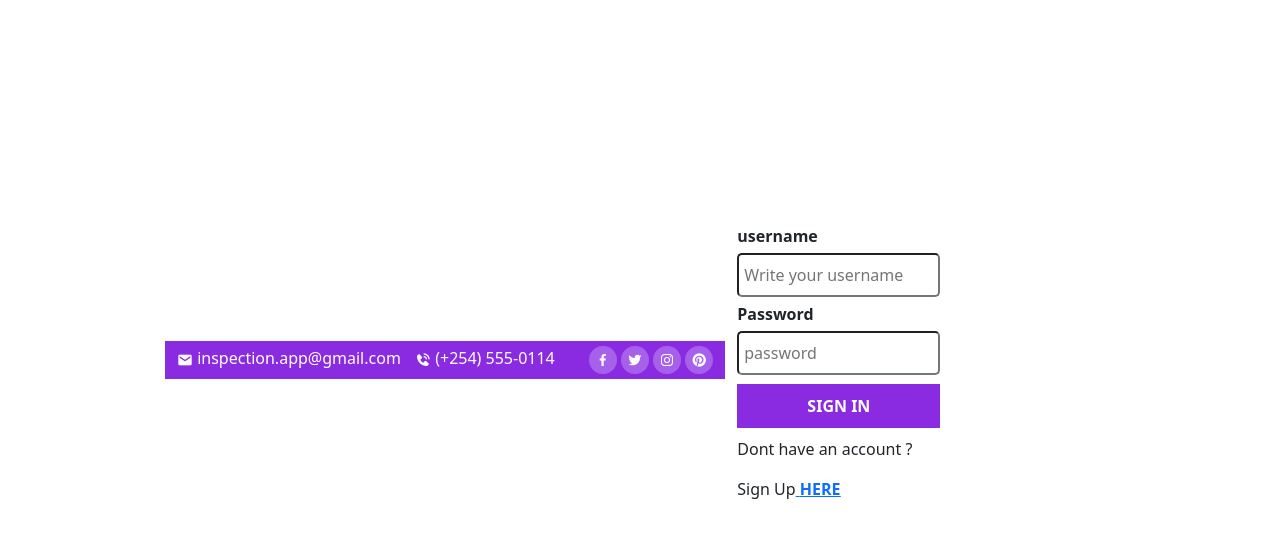
Repository: NDISHAW/Inspectionapp-rails
Page: public/signIn.html
An editor plug-in stored every save of this project. The page is shown before and after the next save, followed by the edit.
The browser window is 1280 px wide. The pictures show the whole page.

Above is the page before, as saved 2022-10-09 04:32:47.

### public/signIn.html
<!DOCTYPE html>
<html lang="en">
  <head>
    <meta charset="UTF-8" />
    <meta http-equiv="X-UA-Compatible" content="IE=edge" />
    <meta name="viewport" content="width=device-width, initial-scale=1.0" />
    <title>Sign In</title>
    <link rel="stylesheet" href="style.css" />
    <script src="https://unpkg.com/axios/dist/axios.min.js"></script>
    <link rel="stylesheet" href="css/style.css" />
    <link rel="stylesheet" href="css/bootstrap.min.css" />
    <link rel="stylesheet" href="css/owl.carousel.min.css" />
    <link rel="stylesheet" href="css/owl.theme.default.min.css" />
    <link
      href="https://unpkg.com/boxicons@2.1.1/css/boxicons.min.css"
      rel="stylesheet"
    />
  </head>
  <body data-bs-spy="scroll" data-bs-target=".top-nav" data-bs-offset="70">
    <!-- TOP NAV -->
    <div class="top-nav " id="home">
      <div class="container">
        <div class="row justify-content-between">
          <div class="col-auto">
            <p><i class="bx bxs-envelope"></i> inspection.app@gmail.com</p>
            <p><i class="bx bxs-phone-call"></i> (+254) 555-0114</p>
          </div>
          <div class="col-auto social-icons">
            <a href="#"><i class="bx bxl-facebook"></i></a>
            <a href="#"><i class="bx bxl-twitter"></i></a>
            <a href="#"><i class="bx bxl-instagram"></i></a>
            <a href="#"><i class="bx bxl-pinterest"></i></a>
          </div>
        </div>
      </div>
    </div>

    <section id="about">
      <div class="container-fluid">
        <div class="col-lg-10 justify-content-center">
          <div class="col-lg-8">
            <!-- Email  -->
            <div class="email">
              <label for="username">username</label>
              <input
                type="username"
                name="username"
                id="username"
                placeholder="Write your username"
              />
            </div>
            <!-- passWord -->
            <div class="pass">
              <label for="password">Password</label>
              <input
                type="password"
                name="password"
                id="password"
                placeholder="password"
              />
            </div>

            <!-- Sign Up button -->
            <button id="submit-btn" onclick="signIn();">Sign In</button>
            <!-- Sign In option -->
            <p>Dont have an account ?</p>
            <span
              >Sign Up<a href="signup.html">
                <u><b>HERE</b></u></a
              ></span
            >
          </div>
        </div>
      </div>
    </section>
    <script src="main.js"></script>
  </body>
</html>

### public/style.css
* {
    margin: 0;
    padding: 0;
    box-sizing: border-box;
}

body {
    display: flex;
    justify-content: center;
    align-items: center;
    height: 100vh;
    font-family: -apple-system, BlinkMacSystemFont, 'Segoe UI', Roboto, Oxygen, Ubuntu, Cantarell, 'Open Sans', 'Helvetica Neue', sans-serif;
    background-color: #9633FF;
}

.form {
    width: 400px;
    border-radius: 5px;
    background-color: white;
    /* height:fit-content;  */
    padding: 5px 10px;
}

label {
    display: block;
    font-weight: bolder;
    margin: 5px 0px;
}

input {
    width: 100%;
    padding: 8px 5px;
    border-radius: 5px;
    margin-bottom: 10px;
}

#submit-btn {
    border: none;
    background-color: blueviolet;
    width: 100%;
    padding: 10px 8px;
    color: white;
    font-weight: bolder;
    text-transform: uppercase;
    cursor: pointer;
    margin: 9px 0px;
}

p {
    font-size: 16px;
    border-radius: 10px;
    cursor: pointer;
    display: inline-block;
}

a {
    text-decoration: none;
    font-weight: bolder;
}


/*@import url(https://fonts.googleapis.com/css?family=Roboto:400,300,500);*/
*:focus {
    outline: none;

  }

### public/css/style.css
@import url('https://fonts.googleapis.com/css2?family=Barlow:wght@400;500;600;700&display=swap');

:root {
    --brand: blueviolet;
    --dark: #092032;
    --body: #516171;
    --border: rgba(0,0,0,0.08);
    --shadow: 0px 6px 30px rgba(0, 0, 0, 0.08);

}

body {
    font-family: "Barlow", sans-serif;
    color: var(--body);
    line-height: 1.7;
}

h1,h2,h3,h4,h5,h6,
.display-1,.display-2,.display-3,.display-4 {
    font-weight: 700;
    color: var(--dark);
}

.bg-cover {
    background-size: cover;
    background-position: center;
    background-repeat: no-repeat;
}

img {
    width: 100%;
}

a {
    color: var(--dark);
    transition: all 0.4s ease;
    font-weight: 500;
}

a:hover {
    color: var(--brand);
}

section {
    padding-top: 80px;
    padding-bottom: 80px;
}

.text-brand {
    color: var(--brand) !important;
}


.hero-slider .owl-prev,
.hero-slider .owl-next{
    background-color: rgba(255, 255, 255, 0.3) !important;
    width: 60px !important;
    height: 60px !important;
    display: block;
    display: grid;
    place-items: center;
    color: #fff !important;
    border-radius: 100px;
    line-height: 0;
    border-radius: 100px !important;
    position: absolute;
    top: 50%;
    font-weight: 600 !important;
    font-size: 12px !important;
    transition: all 0.4s ease;
    margin-top: -30px !important;
}

.owl-prev {
    left: 0;
}
.owl-next {
    right: 0;
}

.hero-slider .owl-prev:hover,
.hero-slider .owl-next:hover {
    background-color: var(--brand) !important;
}

.owl-dot.active span{
    background-color: var(--brand) !important;
}


 /* slide */
 .slide {
     min-height: 100vh;
     display: flex;
     align-items: center;
     justify-content: center;
     position: relative;
}

.slide1 {
    background: linear-gradient(rgba(0, 0, 0, 0.4), rgba(0, 0, 0, 0.4)), url(../img/mec2.jpg);
    background-size: cover;
    background-position: center;
    background-repeat: no-repeat;
}

.slide2 {
    background: linear-gradient(rgba(0, 0, 0, 0.4), rgba(0, 0, 0, 0.4)), url(../img/world3.jpg);
    background-size: cover;
    background-position: center;
    background-repeat: no-repeat;
}

.slide .display-3 {
    text-transform: uppercase;
    color: #fff;
}

/* navbar */
.top-nav {
    background-color: var(--brand);
    color: #fff;
    padding-top: 5px;
    padding-bottom: 5px;
}

.top-nav p {
    display: inline-block;
    margin-bottom: 0;
    margin-right: 10px;
}

.top-nav span,
.top-nav i {
    vertical-align: middle;
}

.navbar {
    box-shadow: var(--shadow);
}

.social-icons a {
    width: 28px;
    height: 28px;
    display: inline-flex;
    color: #fff;
    background-color: rgba(255, 255, 255, 0.25);
    text-decoration: none;
    align-items: center;
    justify-content: center;
    border-radius: 100px;
}

.social-icons a:hover {
    background-color: #fff;
    color: var(--brand);
}

.navbar .navbar-nav .nav-link {
    color: var(--dark);
}

.navbar .navbar-nav .nav-link:hover {
    color: var(--brand);
}

.navbar .navbar-nav .nav-link.active {
    color: var(--brand);
}

.navbar-brand {
    font-size: 28px;
    font-weight: 700;
}

.navbar-brand .dot {
    color: var(--brand);
}

.btn {
    padding: 8px 26px;
}

.btn-brand {
    border-color: var(--brand);
    background-color: var(--brand);
    color: #fff;
}

.btn-brand:hover {
    background-color: #d64022;
    border-color: #d64022;
    color: #fff;
}

.intro {margin-bottom: 36px;
text-align: center;}

.intro p {
    max-width: 500px;
}
.intro h6{
    color: var(--brand);
    font-weight: 400;
    text-transform: uppercase;
}

.intro h1 {
    margin-top: 15px;
    margin-bottom: 15px;
}

.info-box {
    align-items: center;
    display: flex;
}

.info-box img {
    width: 90px;
}


#milestone {
    background: linear-gradient(rgba(136, 42, 143, 0.85), rgba(48, 181, 123, 0.85)), url(../img/inspe.jpg);
    background-size: cover;
    background-position: center;
    background-repeat: no-repeat;
}

#milestone h1,
#milestone p {
    color: #fff;
}

.service {
    padding: 32px;
    background-color: #fff;
    box-shadow: var(--shadow);
}

.service h5 {
    margin-top: 24px;
    margin-bottom: 14px;
}

.service img {
    width: 90px;
}


.project {
    position: relative;
    overflow: hidden;
    z-index: 2;
}

.project h6 {
    font-weight: 400;
}

.project h6::before {
    content: "";
    height: 2px;
    width: 30px;
    display: inline-block;
    background: var(--brand);
    vertical-align: middle;
    margin-right: 10px;
}


.project .overlay {
    width: 100%;
    height: 220px;
    position: absolute;
    bottom: 0;
    left: 0;
    background: linear-gradient(180deg, rgba(255, 76, 41, 0) 0%, var(--dark) 100%);
}

.project .content {
    position: absolute;
    left: 10%;
    bottom: 10%
}

.project h2,
.project h6 {
    color: #fff;
}

.team-member {
    text-align: center;
}

.team-member .image{
    position: relative;
    z-index: 2;
    overflow: hidden;
}

.team-member .overlay {
    width: 100%;
    height: 100%;
    position: absolute;
    left: 0;
    top: -10%;
    background-color: rgba(255, 77, 41, 0.7);
    opacity: 0;
    transition: all 0.4s ease;
}

.team-member h5 {
    margin-top: 16px;
    margin-bottom: 4px;
}

.team-member .social-icons {
    position: absolute;
    top: 60%;
    left: 50%;
    transform: translate(-50%, -50%);
    z-index: 2;
    opacity: 0;
    transition: all 0.4s ease;
}

.team-member .social-icons a {
    width: 40px;
    height: 40px;
}

.team-member:hover .social-icons {
    top: 50%;
    opacity: 1;
}

.team-member:hover .overlay {
    top: 0%;
    opacity: 1;
}

#reviews {

    background: linear-gradient(-90deg, rgba(8, 32, 50, 0.8), rgba(8, 32, 50, 0.8)), url(../img/imago.jpg), #082032;;
    background-size: cover;
    background-position: center;
    background-repeat: no-repeat;
}

.review {
    text-align: center;
    z-index: 2;
    position: relative;
    margin: 15px;
    max-width: 768px;
    margin: auto;
}

.review .bxs-quote-alt-left {
    font-size: 120px;
    position: absolute;
    opacity: 0.1;
    left: 50%;
    top: 50%;
    transform: translate(-50%, -50%);
    color: #fff;
}

.review img {
    width: 80px !important;
    height: 80px;
    border-radius: 100px;
    margin: auto;
}

.review h5 {
    margin-top: 16px;
    margin-bottom: 4px;
    color: #fff;
}

.review h3 {
    margin-top: 26px;
    margin-bottom: 26px;
    font-size: 22px;
    color: #fff;
    font-weight: 400;
    line-height: 1.7;
}

.review small {
    color: var(--brand);
}

.review .stars {
    color: var(--brand);
}

.blog-post {
    position: relative;
    background-color: #fff;
    box-shadow: var(--shadow);
}

.blog-post .content {
    padding: 32px;
}

.blog-post a {
    position: absolute;
    top: 20px;
    left: 20px;
    background-color: var(--brand);
    padding: 2px 12px;
    border-radius: 100px;
    text-decoration: none;
    color: #fff;
}

.blog-post h5 {
    margin-top: 12px;
    margin-bottom: 12px;
}

.blog-post small {
    text-transform: uppercase;
    color: var(--brand);
    text-decoration: underline;
}

footer {
    background: linear-gradient(0deg, rgba(8, 32, 50, 0.9), rgba(8, 32, 50, 0.9)), url(../img/teammech.jpg), #082032;;
    background-size: cover;
    background-position: center;
    background-repeat: no-repeat;
}

footer .footer-top {
    padding-top: 80px;
    padding-bottom: 40px;
}

.footer-bottom {
    border-top: 1px solid rgba(255, 255, 255, 0.1);
    padding-bottom: 20px;
    padding-top: 20px;
}

footer .navbar-brand {
    color: #fff;
}

footer p {
    color: #ADB3B9;
}

footer .social-icons a {
    width: 50px;
    height: 50px;
    font-size: 20px;
    margin-left: 4px;
    margin-right: 4px;
}

.loader {
    min-height: 100vh;
    display: flex;
    align-items: center;
    justify-content: center;
    background-color: red;
    z-index: 99999;
    position: fixed;
    left: 0;
    right: 0;
}


input.form-control {
    border-color: transparent;
    height: 44px;
}

.form-control {
    background-color: rgba(0, 0, 0, 0.04);
    border-color: rgba(0, 0, 0, 0.04);;
}

.form-control:focus {
    box-shadow: none;
    border-color: var(--brand);
}
.form {
    width: 400px;
    border-radius: 5px;
    background-color: white;
    height:fit-content;
    padding: 5px 10px;
    background-color: #9633FF;
}
label {
    display: block;
    font-weight: bolder;
    margin: 5px 0px;
}

input {
    width: 100%;
    padding: 8px 5px;
    border-radius: 5px;
    margin-bottom: 10px;
}

#submit-btn {
    border: none;
    background-color: blueviolet;
    width: 100%;
    padding: 10px 8px;
    color: white;
    font-weight: bolder;
    text-transform: uppercase;
    cursor: pointer;
    margin: 9px 0px;
}

p {
    font-size: 16px;
    border-radius: 10px;
    cursor: pointer;
    display: inline-block;
}

a {
    text-decoration: none;
    font-weight: bolder;
}


/*@import url(https://fonts.googleapis.com/css?family=Roboto:400,300,500);*/
*:focus {
    outline: none;

}

### public/main.js
// // setting up firebase with our website
// const firebaseApp = firebase.initializeApp({
//         apiKey: "AIzaSyDF9DKF44fhzBzk5fZB5Mk4_21q4Ey2kxQ",
//         authDomain: "inspection-e4bf7.firebaseapp.com",
//         projectId: "inspection-e4bf7",
//         storageBucket: "inspection-e4bf7.appspot.com",
//         messagingSenderId: "94545597565",
//         appId: "1:94545597565:web:9e1d12415061541a4ecd14",
//         measurementId: "G-P207FELWW2"
//       });
// const db = firebaseApp.firestore();
// const auth = firebaseApp.auth();

// Sign up function
// function signUp(){
//     //DOM manupilation
//     const email = document.getElementById("email").value;
//     const password = document.getElementById("password").value;
//     const phone = document.getElementById("phone").value;
//     const licence_no = document.getElementById("licence_no").value;
//     const address = document.getElementById("address").value;
//     console.log(email, password)
//     // firebase code
//     firebase.auth().createUserWithEmailAndPassword(email, password)
//         .then((result) => {
//             // Signed in
//             document.write("You are Signed Up")
//             window.location = "dashboard.html";
//             console.log(result)
//             // ...
//         })
//         .catch((error) => {
//             console.log(error.code);
//             console.log(error.message)
//             // ..
//         });
// }




// Sign In function
// const username = document.getElementById("username").value;
// const password = document.getElementById("password").value;

function signIn() {
    const username = document.getElementById("username").value;
    const password = document.getElementById("password").value;
    // firebase code
    // firebase.auth().signInWithEmailAndPassword(email, password)
    axios
        .post("http://localhost:3000/api/login", {
            password: password,
            username: username,
            // phone: phone,
            // licence_no: licence_no,
            // address: address,
        })
        .then((result) => {
            // Signed in
            document.write("You are Signed In");
            // window.location = "form.html";
            window.location = "dashboard.html";

            console.log(result);
        })
        .catch((error) => {
            console.log(error.code);
            console.log(error.message);
        });
}

function signUp() {
  const username = document.getElementById("username").value;
  const email = document.getElementById("email").value;
  const password = document.getElementById("password").value;const phone = document.getElementById("phone").value;const licence_no = document.getElementById("licence_no").value;const address = document.getElementById("address").value;
  // firebase code
  // firebase.auth().signInWithEmailAndPassword(email, password)
  axios
    .post("http://localhost:3000/api/signup", {
      username: username,
      password: password,
      phone: phone,
      licence_no: licence_no,
      address: address,
      email: email,
    })
    .then((result) => {
      // Signed in
      document.write("You are Signed Up");
      // window.location = "form.html";
      window.location = "dashboard.html";

      console.log(result);
    })
    .catch((error) => {
      console.log(error.code);
      console.log(error.message);
    });
}

Loaded but not shown: public/css/bootstrap.min.css (library); public/css/owl.carousel.min.css (library); public/css/owl.theme.default.min.css (common file); public/js/axios/dist/axios.min.js (library)

After the next save:
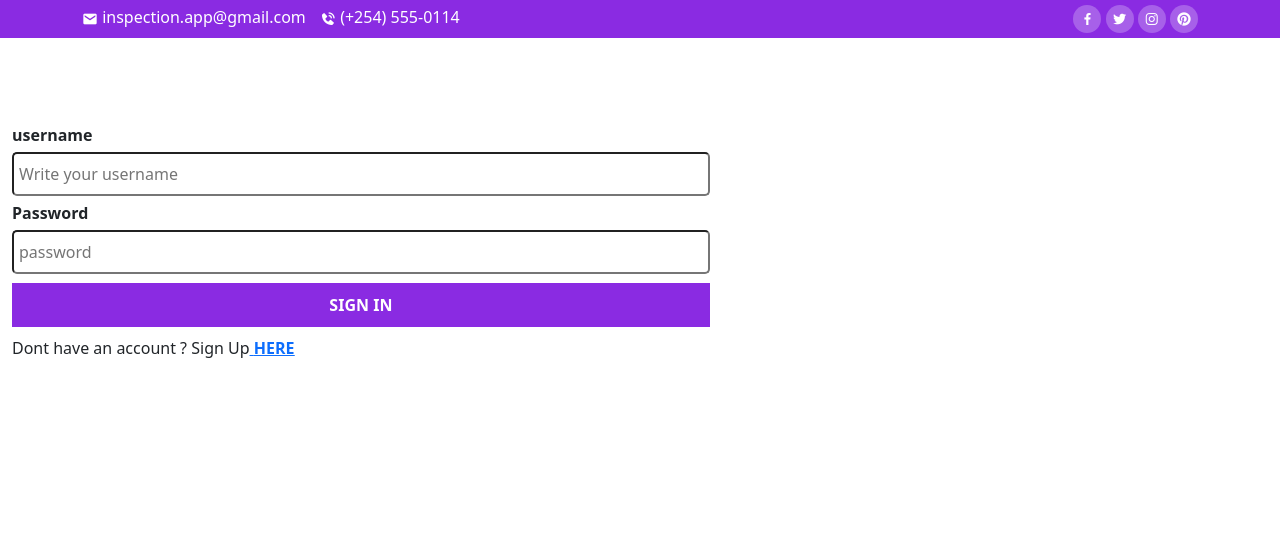
Saved 56 s later.
--- a/public/signIn.html
+++ b/public/signIn.html
@@ -5,16 +5,13 @@
     <meta http-equiv="X-UA-Compatible" content="IE=edge" />
     <meta name="viewport" content="width=device-width, initial-scale=1.0" />
     <title>Sign In</title>
-    <link rel="stylesheet" href="style.css" />
-    <script src="https://unpkg.com/axios/dist/axios.min.js"></script>
-    <link rel="stylesheet" href="css/style.css" />
-    <link rel="stylesheet" href="css/bootstrap.min.css" />
-    <link rel="stylesheet" href="css/owl.carousel.min.css" />
-    <link rel="stylesheet" href="css/owl.theme.default.min.css" />
-    <link
-      href="https://unpkg.com/boxicons@2.1.1/css/boxicons.min.css"
-      rel="stylesheet"
-    />
+    <link rel="stylesheet" href="css/style.css">
+    <link rel="stylesheet" href="css/bootstrap.min.css">
+    <link rel="stylesheet" href="css/owl.carousel.min.css">
+    <link rel="stylesheet" href="css/owl.theme.default.min.css">
+    <link href='https://unpkg.com/boxicons@2.1.1/css/boxicons.min.css' rel='stylesheet'>
+
+    <script src="/js/axios/dist/axios.min.js"></script>
   </head>
   <body data-bs-spy="scroll" data-bs-target=".top-nav" data-bs-offset="70">
     <!-- TOP NAV -->
